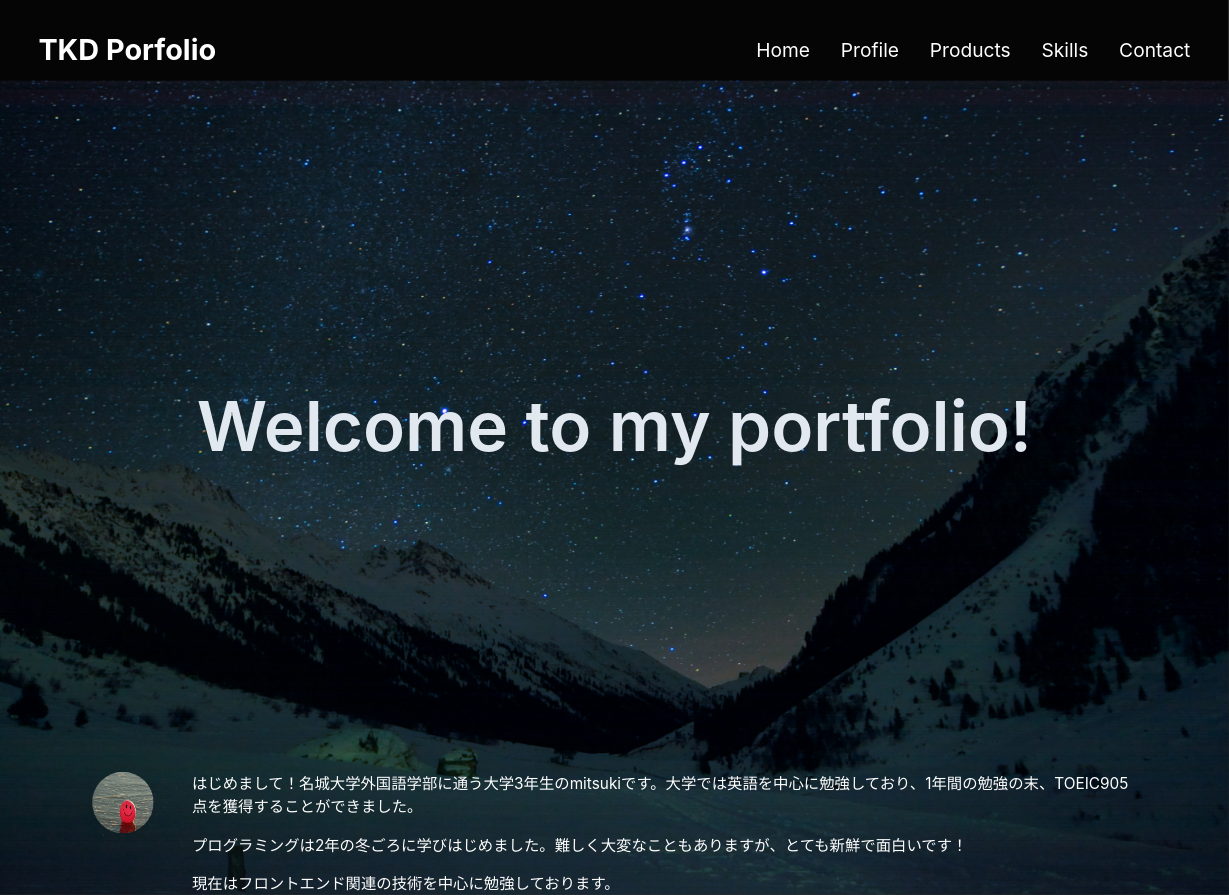
Repository: MitukiTakada/todo-aplication
Page: / (app in design/dev/react-tailwind/react-tailwind/)
An editor plug-in stored every save of this project. The page is shown before and after the next save, followed by the edit.
The browser window is 1280 px wide. The pictures show the whole page, at 96% of full size.
The project was rebuilt for these pictures with package versions that can differ from the ones it lists, and the page was loaded fresh each time. Also part of the build but not shown: design/dev/react-tailwind/react-tailwind/src/components/Contact.jsx, design/dev/react-tailwind/react-tailwind/src/components/Products.jsx, design/dev/react-tailwind/react-tailwind/src/components/Profile.jsx, design/dev/react-tailwind/react-tailwind/src/components/Skills.jsx.

Above is the page before, as saved 2022-11-19 14:58:39.

After the next save:
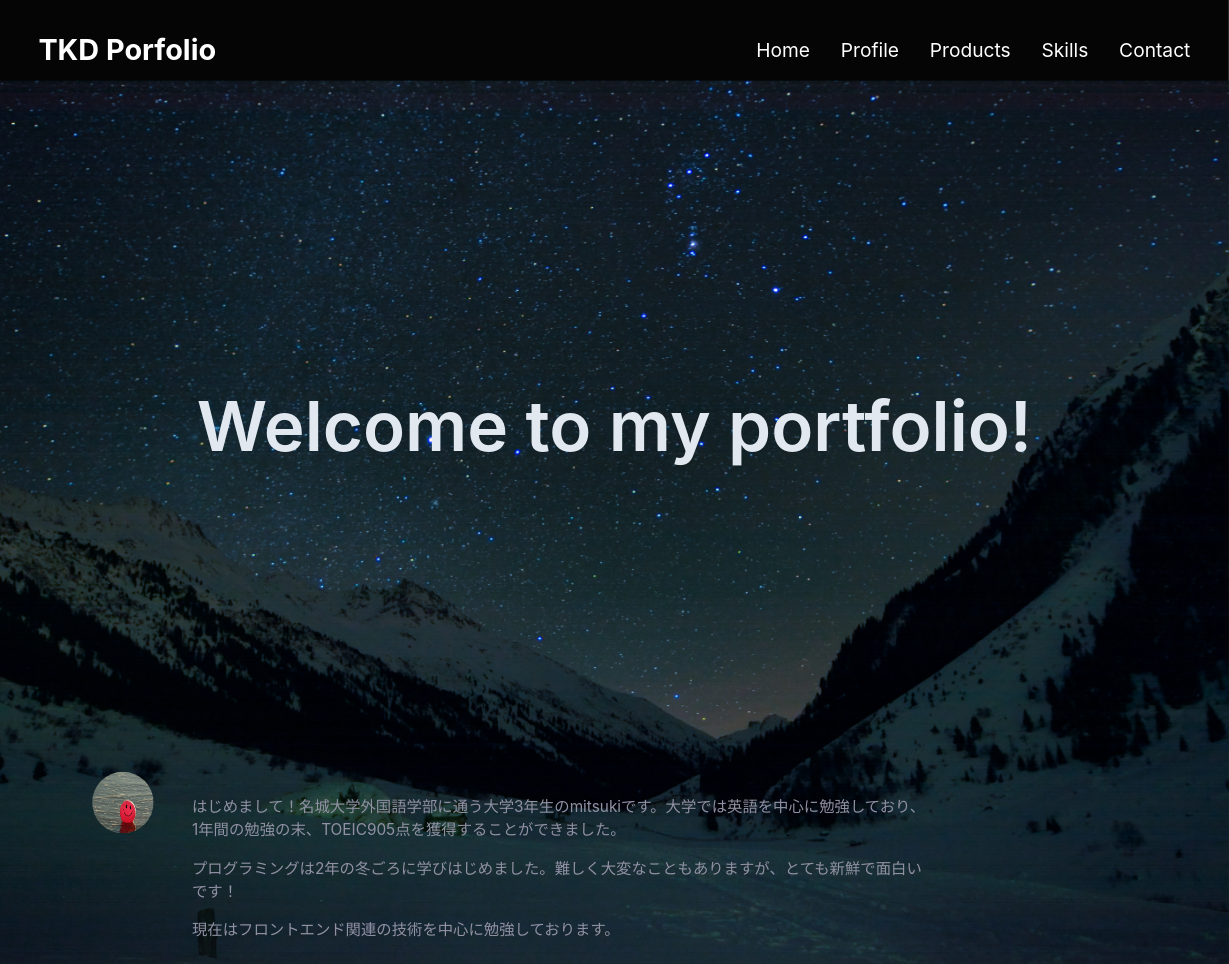
Saved 18 s later.
--- a/design/dev/react-tailwind/react-tailwind/src/components/Home.jsx
+++ b/design/dev/react-tailwind/react-tailwind/src/components/Home.jsx
@@ -11,7 +11,7 @@ const Home = () => {
       </div>
       <div className="flex mx-auto px-24 space-x-10">
         <img src={userImage} alt="" className="h-16 w-16 rounded-full"/>
-        <div className="space-y-4 ">
+        <div className="space-y-4 section-paragraph">
           <p>
             はじめまして！名城大学外国語学部に通う大学3年生のmitsukiです。大学では英語を中心に勉強しており、1年間の勉強の末、TOEIC905点を獲得することができました。
           </p>
